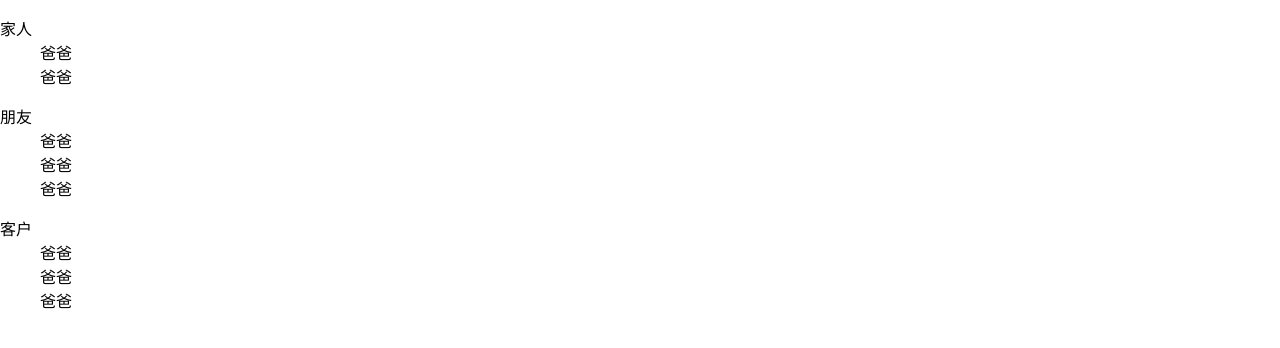
Repository: Jasonlee6789/ReactList-demo
Page: /
The author's editor kept a copy of each file at every save. The page is drawn from the files as they stood at one save, then again after the next save.
The browser window is 1280 px wide. The pictures show the whole page.
The project was rebuilt for these pictures with package versions that can differ from the ones it lists, and the page was loaded fresh each time.

Above is the page before, as saved 2020-09-02 19:09:45.

After the next save:
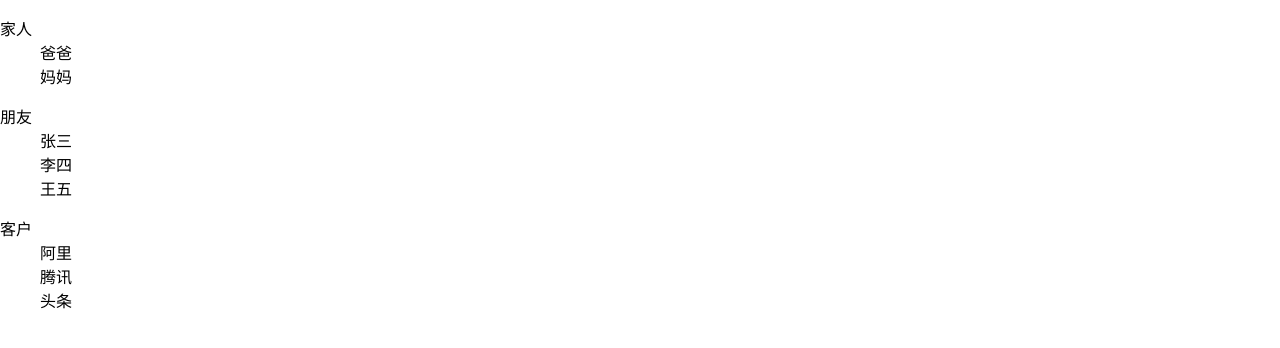
Saved 78 s later.
--- a/src/list.js
+++ b/src/list.js
@@ -10,7 +10,7 @@
         <dl className="friend-group expanded">
           <dt>{name}</dt>
           {children.map((item, index) => {
-            return <dd>爸爸</dd>;
+            return <dd key={index}>{item.name}</dd>;
           })}
         </dl>
       </div>
